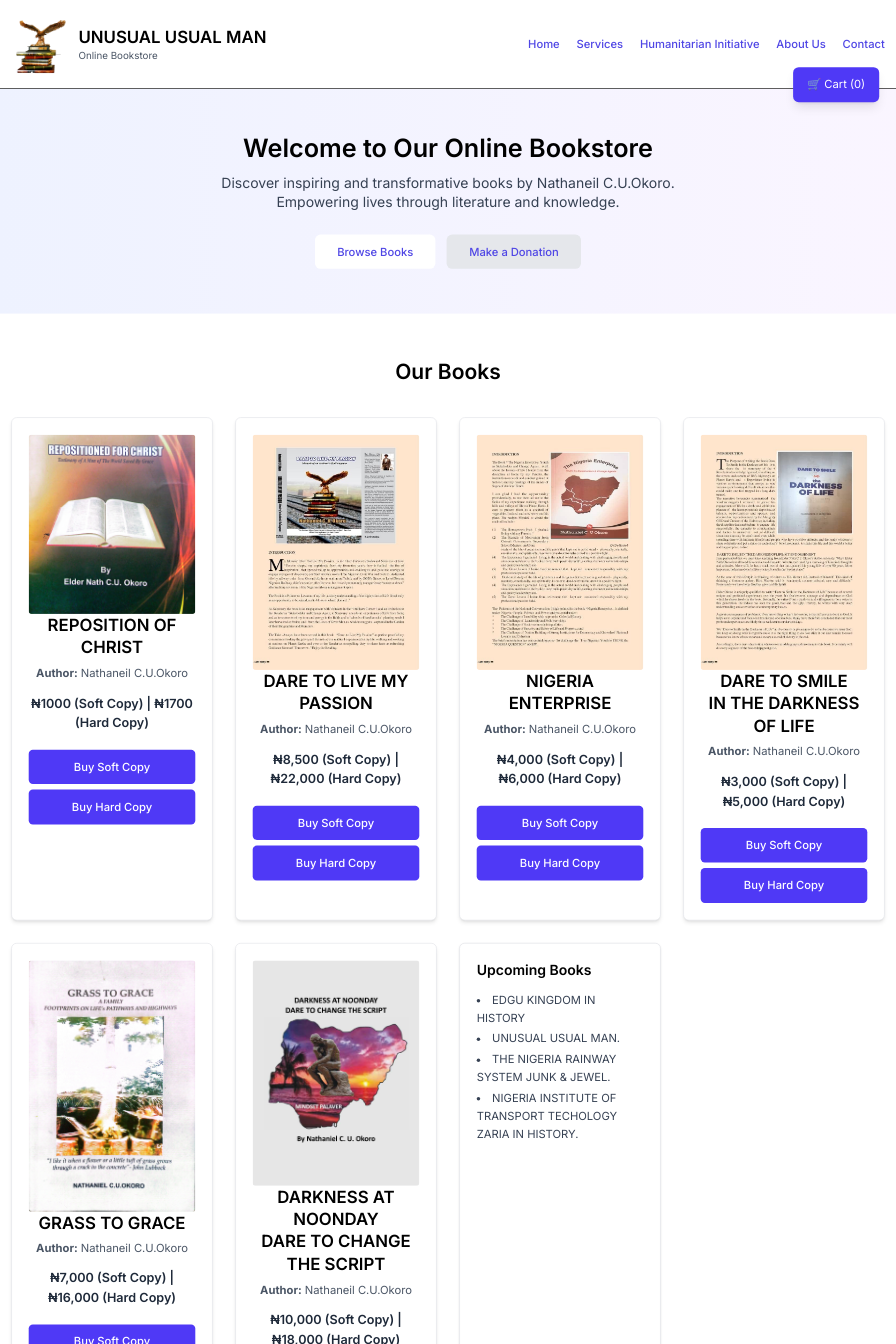
Repository: Rickyy1017/online-bookstore
Page: / (app in frontend/)
These files come from the project's save history. The page is drawn as it stood at one moment and after the next save; the edit follows.
The browser window is 1280 px wide. The pictures show the part of the page from y = 0 to 1920 px (the page is 4568 px tall), at 70% of full size.
The project was rebuilt for these pictures with package versions that can differ from the ones it lists, and the page was loaded fresh each time. The framework's server and built-in components were replaced by stand-ins that run in the browser. Also part of the build but not shown: frontend/next.config.ts.

Above is the page before, as saved 2025-10-09 23:52:45.

After the next save:
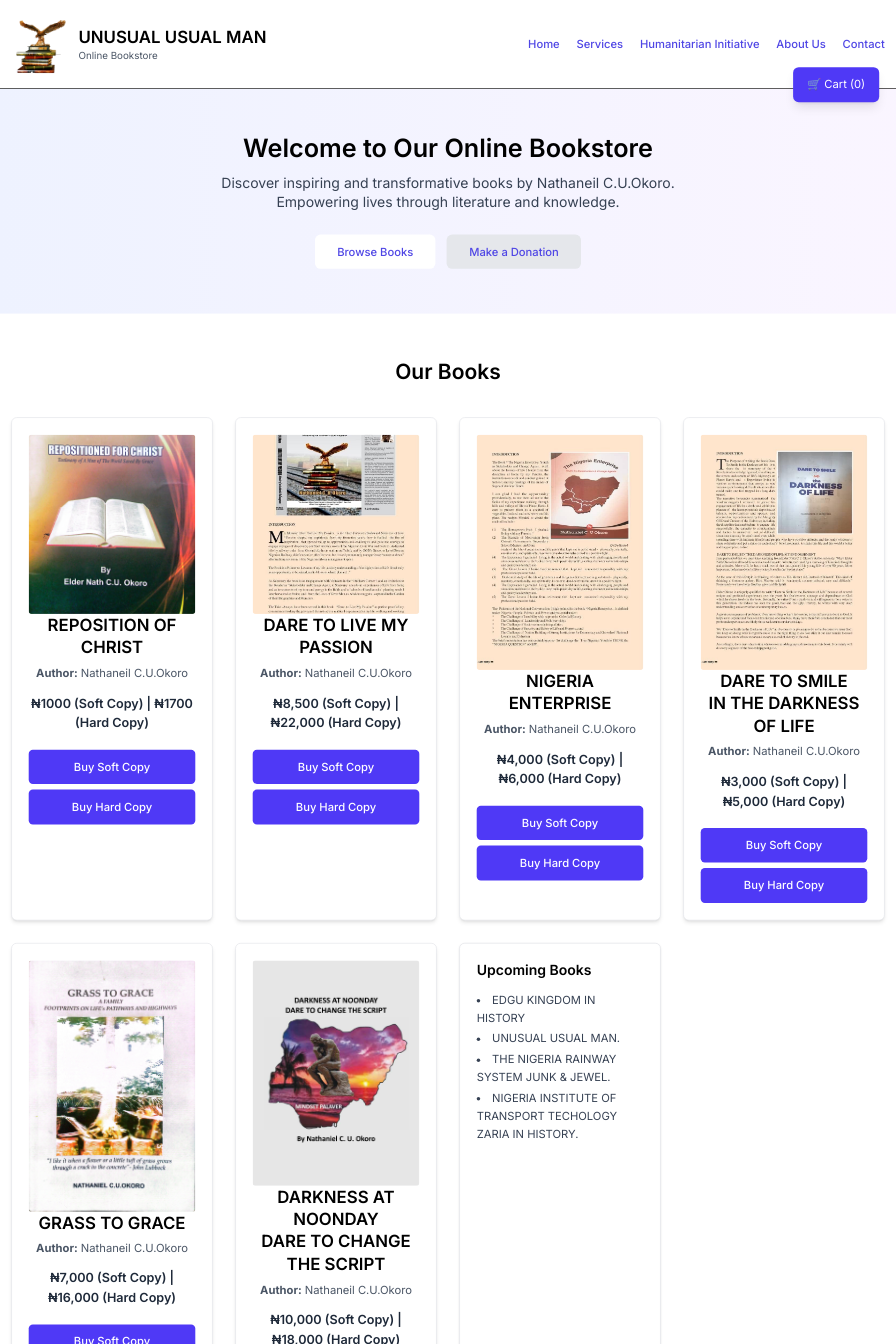
Saved 9 s later.
--- a/frontend/app/page.tsx
+++ b/frontend/app/page.tsx
@@ -86,7 +86,7 @@ export default function Page() {
           </div>
 
         <div className="bg-white border border-gray-200 rounded-lg p-6 shadow-md">
-          <Image src="/images/mypass.jpg" alt="DARE TO LIVE MY PASSION" width={200} height={300} className="w-full rounded" />
+          <Image src="/images/mypass.jpg" alt="DARE TO LIVE MY PASSION" width={200} height={300} className="w-full h-48 md:h-64 object-cover rounded" />
           <h3 className="text-2xl font-bold text-gray-900 mb-2 text-center">DARE TO LIVE MY PASSION</h3>
           <p className="text-gray-600 text-center mb-4"><b>Author:</b> Nathaneil C.U.Okoro</p>
           <div className="text-center mb-6">
